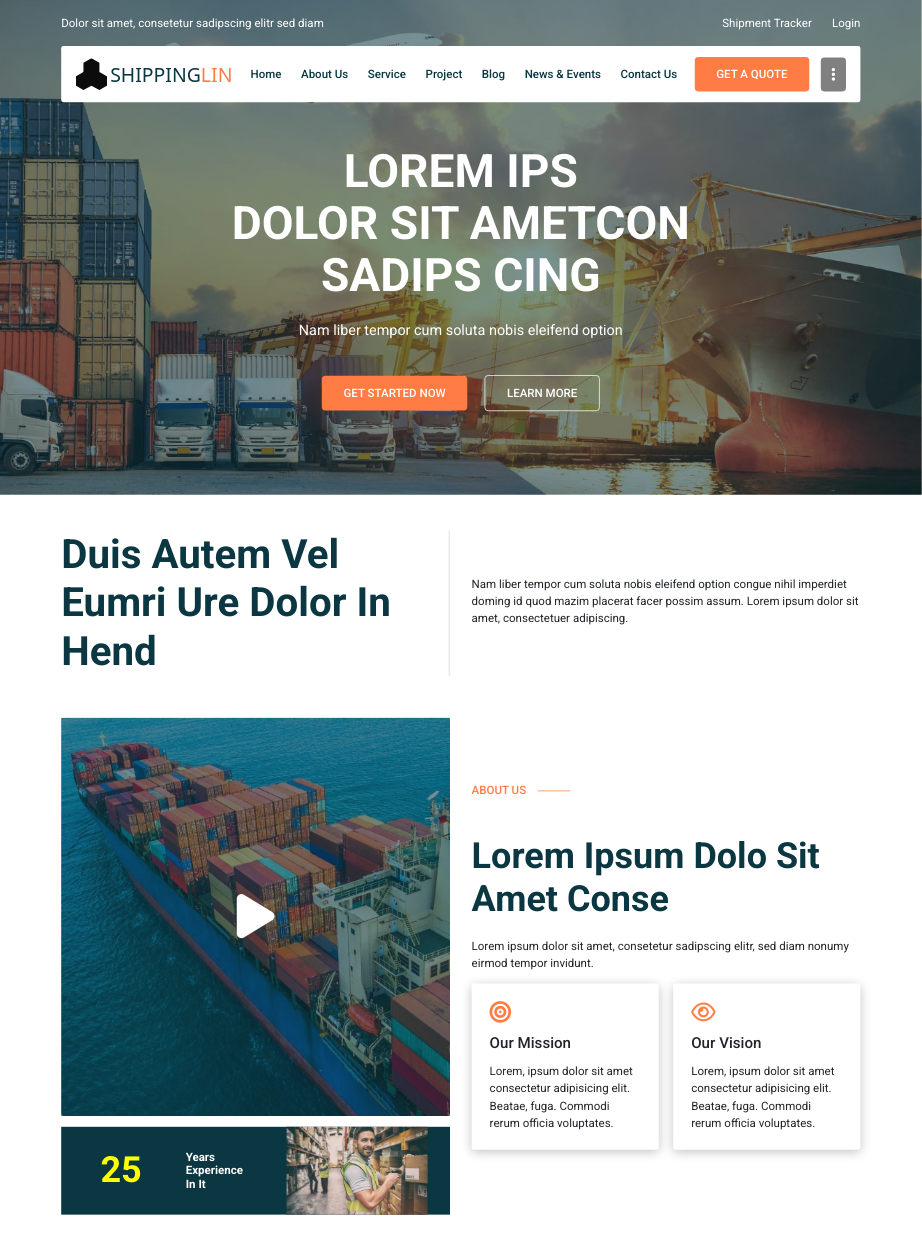
Repository: nazmulalok/shipping-template
Page: index.html
An editor plug-in stored every save of this project. The page is shown before and after the next save, followed by the edit.
The browser window is 1280 px wide. The pictures show the whole page, at 72% of full size.
Some web libraries are served in a nearby version.

Above is the page before, as saved 2022-10-08 19:14:35.

### index.html
<!DOCTYPE html>
<html lang="en">

    <head>
        <meta charset="UTF-8">
        <meta http-equiv="X-UA-Compatible" content="IE=edge">
        <meta name="viewport" content="width=device-width, initial-scale=1.0">
        <link rel="preconnect" href="https://fonts.googleapis.com">
        <link rel="preconnect" href="https://fonts.gstatic.com" crossorigin>
        <link
            href="https://fonts.googleapis.com/css2?family=Roboto:ital,wght@0,300;0,400;0,500;0,700;0,900;1,300;1,400;1,500;1,700;1,900&display=swap"
            rel="stylesheet">
        <link rel="stylesheet" href="https://cdnjs.cloudflare.com/ajax/libs/font-awesome/6.2.0/css/all.min.css"
            integrity="sha512-xh6O/CkQoPOWDdYTDqeRdPCVd1SpvCA9XXcUnZS2FmJNp1coAFzvtCN9BmamE+4aHK8yyUHUSCcJHgXloTyT2A=="
            crossorigin="anonymous" referrerpolicy="no-referrer" />
        <link rel="stylesheet" href="https://cdn.jsdelivr.net/npm/bootstrap@4.0.0/dist/css/bootstrap.min.css"
            integrity="sha384-Gn5384xqQ1aoWXA+058RXPxPg6fy4IWvTNh0E263XmFcJlSAwiGgFAW/dAiS6JXm" crossorigin="anonymous">
        <link rel="stylesheet" href="style.css">
        <title>Document</title>
    </head>

    <body>
        <header class="header-top">
            <div class="container">
                <div class="top-bar">
                    <p class="m-0">Dolor sit amet, consetetur sadipscing elitr sed diam</p>
                    <div>
                        <span class="mr-4">Shipment Tracker</span>
                        <span>Login</span>
                    </div>
                </div>
                <div class="header-area">
                    <div class="logo">
                        <img src="images/box.svg" alt="Logo Box" class="me-2">
                        <img src="images/shipping-logo.svg" alt="Shipping Logo">
                    </div>
                    <nav>
                        <ul>
                            <li><a href="#">Home</a></li>
                            <li><a href="#">About Us</a></li>
                            <li><a href="#">Service</a></li>
                            <li><a href="#">Project</a></li>
                            <li><a href="#">Blog</a></li>
                            <li><a href="#">News & Events</a></li>
                            <li><a href="#">Contact Us</a></li>
                        </ul>
                    </nav>
                    <div class="nav-btn">
                        <a class="common-btn mr-3" href="#">Get A Quote</a>
                        <i class="fa-solid fa-ellipsis-vertical"></i>
                    </div>
                </div>
            </div>
        </header>
        <!-- Slider -->
        <section>
            <div class="main-slider">
                <div class="container">
                    <div class="slide-content">
                        <div class="slide-text">
                            <div class="slider-title mb-4">Lorem ips<br>
                                dolor sit ametcon<br>
                                sadips cing</div>
                            <p>Nam liber tempor cum soluta nobis eleifend option</p>
                            <div class="sliderBtn mt-5"><a class="common-btn mr-4" href="#">Get Started Now</a><a
                                    class="common-btn outline-btn" href="#">Learn More</a></div>
                        </div>
                    </div>
                </div>
            </div>
        </section>
        <!-- Slider Ends -->
        <div class="common-sec">
            <div class="container">
                <div class="row align-items-center">
                    <div class="col-lg-6">
                        <h1 class="border-heading">Duis Autem Vel Eumri
                            Ure Dolor In Hend</h1>
                    </div>
                    <div class="col-lg-6">
                        <p class="ms-4">Nam liber tempor cum soluta nobis eleifend option congue nihil imperdiet doming
                            id quod mazim
                            placerat facer possim assum. Lorem ipsum dolor sit amet, consectetuer adipiscing.</p>
                    </div>
                </div>
                <div class="row align-items-center mt-5">
                    <div class="col-lg-6">
                        <div class="video-box img-box img-shadow">
                            <img src="images/ship-products.jpg" alt="Ship Products" />
                            <a data-fancybox="" href="" class="video-btn">
                                <i class="fa fa-play"></i>
                            </a>
                        </div>
                        <div class="exp-section">
                            <div class="exp-title ml-4">
                                25
                            </div>
                            <div class="exp-paragraph">
                                Years <br>Experience <br>In It
                            </div>
                            <img src="images/exp-bg.png" alt="Experience">
                        </div>
                    </div>
                    <div class="col-lg-6">
                        <span class="sp-title">About Us</span>
                        <h2 class="mb-4">Lorem Ipsum Dolo
                            Sit Amet Conse</h2>
                        <p>Lorem ipsum dolor sit amet, consetetur sadipscing elitr, sed diam nonumy eirmod tempor
                            invidunt.</p>
                        <div class="boxes">
                            <div class="common-box">
                                <div class="content">
                                    <i class="fa-solid fa-bullseye"></i>
                                    <div class="box-title">
                                        Our Mission
                                    </div>
                                    <p>Lorem, ipsum dolor sit amet consectetur adipisicing elit. Beatae, fuga. Commodi
                                        rerum
                                        officia voluptates.</p>
                                </div>
                            </div>
                            <div class="common-box">
                                <div class="content">
                                    <i class="fa-regular fa-eye"></i>
                                    <div class="box-title">
                                        Our Vision
                                    </div>
                                    <p>Lorem, ipsum dolor sit amet consectetur adipisicing elit. Beatae, fuga. Commodi
                                        rerum
                                        officia voluptates.</p>
                                </div>
                            </div>
                        </div>
                    </div>
                </div>
            </div>
        </div>














        <script src="https://code.jquery.com/jquery-3.2.1.slim.min.js"
            integrity="sha384-KJ3o2DKtIkvYIK3UENzmM7KCkRr/rE9/Qpg6aAZGJwFDMVNA/GpGFF93hXpG5KkN"
            crossorigin="anonymous"></script>
        <script src="https://cdn.jsdelivr.net/npm/popper.js@1.12.9/dist/umd/popper.min.js"
            integrity="sha384-ApNbgh9B+Y1QKtv3Rn7W3mgPxhU9K/ScQsAP7hUibX39j7fakFPskvXusvfa0b4Q"
            crossorigin="anonymous"></script>
        <script src="https://cdn.jsdelivr.net/npm/bootstrap@4.0.0/dist/js/bootstrap.min.js"
            integrity="sha384-JZR6Spejh4U02d8jOt6vLEHfe/JQGiRRSQQxSfFWpi1MquVdAyjUar5+76PVCmYl"
            crossorigin="anonymous"></script>
    </body>

</html>

### style.css
/* Common CSS Starts*/
*,
*::before,
*::after {
    box-sizing: border-box;
    margin: 0;
    padding: 0;
}

html {
    scroll-behavior: smooth;
}

:root {
    --main-color: #FF7D44;
    --secondary-color: #0B3742;
    --tertiary-color: #FFFFFF;
}

body {
    font-family: 'Roboto', sans-serif;
}

a.white-space {
    white-space: nowrap;
}

/* Common CSS Ends */

/* slider style starts */

.main-slider>* {
    z-index: 10;
}

.main-slider {
    background: url(images/shipping-banner.jpg);
    height: 700px;
    width: 100%;
    background-size: cover;
    background-repeat: no-repeat;
    background-position: center;
    position: relative;
    display: flex;
    align-items: center;
    transition: all 1s;
    margin-top: -155px;
    z-index: 50;
}

.main-slider:before {
    content: '';
    width: 100%;
    height: 100%;
    top: 0;
    left: 0;
    position: absolute;
    background-color: rgb(11 55 66 / 55%);
    z-index: 1;
}

.slide-content {
    text-align: center;
}

.slide-text {
    color: var(--tertiary-color);
    padding-top: 100px;
}

.slider-title {
    font-size: 4rem;
    font-weight: 600;
    line-height: 4.5rem;
    text-transform: uppercase;
}

.slide-text p {
    font-size: 20px;
}

a.common-btn {
    display: inline-block;
    text-decoration: none;
    color: var(--tertiary-color);
    background: var(--main-color);
    padding: 12px 30px;
    border-radius: 5px;
    font-size: 16px;
    font-weight: 500;
    text-transform: uppercase;
    transition: all 1s ease;
}

a.common-btn:hover {
    background: var(--tertiary-color);
    color: var(--secondary-color);
}

a.common-btn.outline-btn {
    background: transparent !important;
    border: 1px solid var(--tertiary-color);
}

a.common-btn.outline-btn:hover {
    background: var(--tertiary-color) !important;
}

/* Header style starts */

.header-top {
    z-index: 100;
    background: transparent;
    position: relative;
}

.top-bar,
.header-area {
    display: flex;
    justify-content: space-between;
    align-items: center;
    color: var(--tertiary-color);
}

.top-bar {
    padding: 20px 0px;
}

.header-area {
    background: var(--tertiary-color);
    padding: 15px 20px;
    border-radius: 3px;
}

nav ul {
    list-style-type: none;
    color: var(--secondary-color);
    display: flex;
    gap: 1.7rem;
    margin: 0;
}

nav ul a {
    color: var(--secondary-color);
    text-decoration: none;
    font-size: 16px;
    font-weight: 500;
    transition: all 0.5s;
}

nav ul a:hover {
    color: var(--main-color);
    transition: all 0.5s;
}

.nav-btn {
    align-items: center;
    display: flex;
}

.nav-btn i {
    color: var(--tertiary-color);
    font-size: 21px;
    background: gray;
    padding: 13px 15px;
    border-radius: 5px;
}

/* Headings Styles */

h1 {
    font-size: 56px;
}

h2 {
    font-size: 50px;
}

h3 {
    font-size: 44px;
}

h4 {
    font-size: 38px;
}

h5 {
    font-size: 32px;
}

h6 {
    font-size: 26px;
}

h1,
h2,
h3,
h4,
h5,
h6 {
    font-weight: 700;
    margin-bottom: 10px;
    color: var(--secondary-color);
}

/* Section Styles */

.py-50,
.common-sec {
    padding-top: 50px;
    padding-bottom: 50px;
}

.common-sec {
    position: relative;
    z-index: 0;
}

.common-sec:nth-child(even):before {
    content: "";
    position: absolute;
    width: 1000%;
    height: 100%;
    top: 50%;
    left: 50%;
    transform: translate(-50%, -50%);
    background-color: #f9f9f9;
    border-bottom: 1px solid #f6f6f6;
    z-index: -1;
}

/* Image box style */

.img-box {
    border-radius: 3px;
    transition: 0.5s;
    margin-bottom: 15px;
    text-align: center;
    position: relative;
}

.img-box img {
    border-radius: 3px;
}

.img-box:last-child {
    margin-bottom: 0;
}

figure.img-box img+figcaption {
    margin-top: 10px;
    text-align: left;
    padding: 10px;
    border-radius: 3px;
    box-shadow: -5px 5px 20px 0 rgb(0 0 0 / 5%);
}

.img-box.img-shadow:before {
    content: '';
    width: 100%;
    height: 100%;
    position: absolute;
    top: 0;
    left: 0;
    background-color: rgb(11 55 66 / 55%);
}

/* Video Box */

.video-box {
    position: relative;
}

.video-box img {
    border-radius: 3px;
    width: 100%;
}

.video-btn {
    position: absolute;
    text-align: center;
    color: var(--tertiary-color);
    font-size: 30px;
    border: none;
    left: 50%;
    top: 50%;
    -webkit-transform: translate(-50%, -50%);
    transform: translate(-50%, -50%);
    display: flex;
    justify-content: center;
    align-items: center;
    text-decoration: none !important;
    box-shadow: none;
    transition: 0.5s;
}

.video-btn .fa-play {
    color: var(--tertiary-color);
    position: relative;
    z-index: 99;
    -webkit-transition: color 0.5s;
    transition: 0.5s;
    text-decoration: none;
    line-height: 80px;
    font-size: 70px;
}

.video-btn:hover {
    color: inherit;
}

.video-btn:hover .fa-play {
    color: var(--main-color);
}

.video-btn:before,
.video-btn:after {
    display: none;
}

/* Common Box Styles */

.common-box {
    box-shadow: rgb(0 0 0 / 24%) 0px 3px 15px;
    height: 100%;
    background-color: #fff;
    border-radius: 3px;
    transition: all 0.5s ease;
}

.common-box>.img-box {
    margin-bottom: 0;
}

.common-box .common-heading:last-child,
.common-box p:last-child,
.common-box ul:last-child,
.common-box ul:last-child li:last-child,
.common-box .img-box:last-child {
    margin-bottom: 0;
}

.common-box>.content {
    padding: 25px;
}

/* Other CSS Starts */

.border-heading {
    border-right: 2px solid #E8E8E8;
}

.sp-title {
    display: flex;
    text-transform: uppercase;
    color: var(--main-color);
    font-weight: 500;
    align-items: center;
    margin-bottom: 3rem;
}

.sp-title:after {
    content: '';
    width: 20px;
    height: 1px;
    background: var(--main-color);
    flex: 0.1;
    margin-left: 1rem;
}

.boxes {
    display: grid;
    grid-template-columns: 1fr 1fr;
    grid-gap: 20px;
}

.common-box i {
    color: var(--main-color);
    font-size: 30px;
}

.common-box .box-title {
    font-size: 21px;
    font-weight: 500;
    margin: 10px 0px;
}

.common-box:hover {
    background-color: var(--main-color);
    color: var(--tertiary-color);
    transition: all 0.5s ease;
}

.common-box:hover i {
    color: var(--tertiary-color);
    transition: all 1s ease;
}

.exp-section {
    background: var(--secondary-color);
    display: flex;
    align-items: center;
    justify-content: space-around;
}

.exp-section .exp-title {
    color: #FFFF00;
    font-size: 50px;
    font-weight: 600;
}

.exp-paragraph {
    color: var(--tertiary-color);
    font-size: 16px;
    font-weight: 600;
    line-height: normal;
}

After the next save:
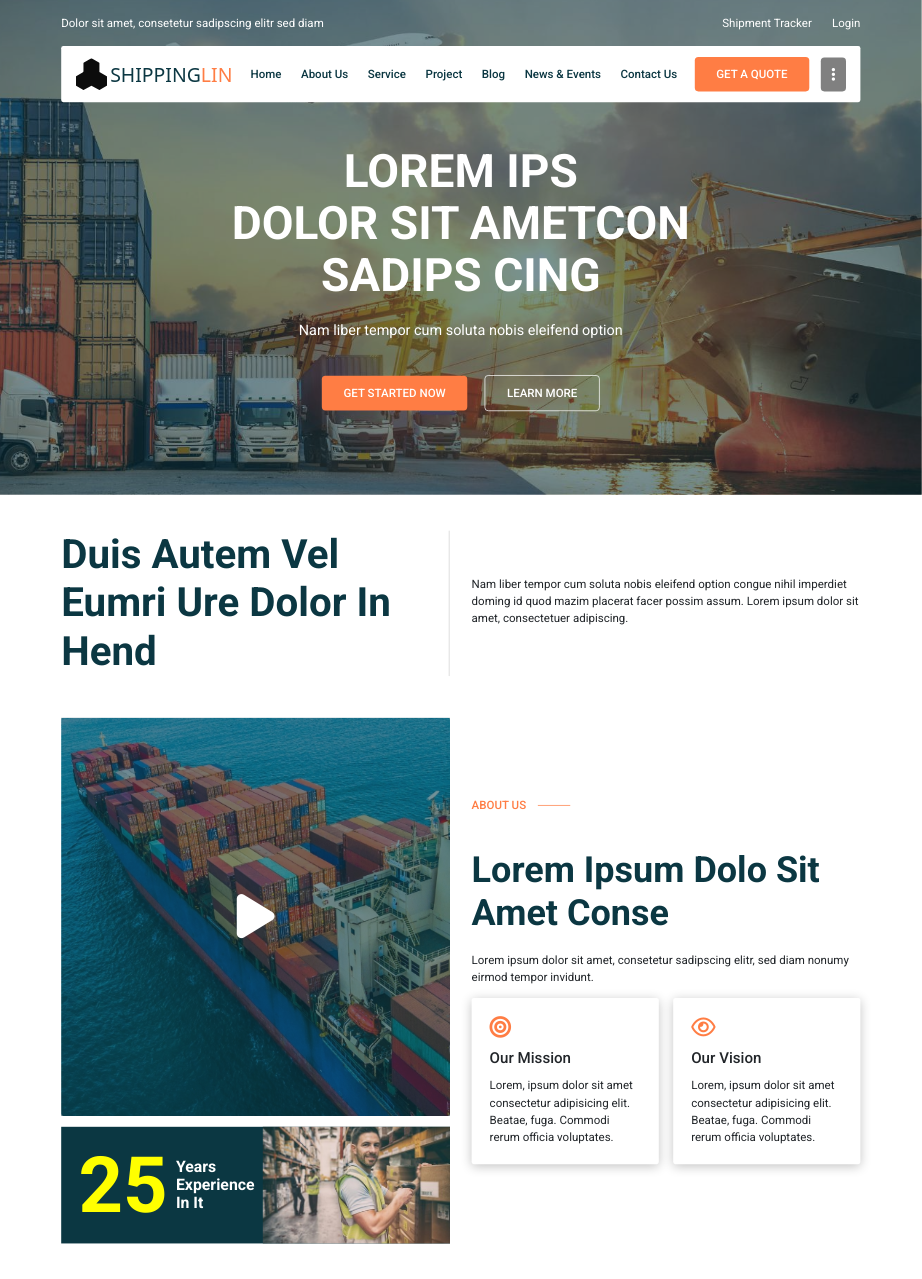
Saved 9 s later.
--- a/style.css
+++ b/style.css
@@ -400,18 +400,22 @@ figure.img-box img+figcaption {
     background: var(--secondary-color);
     display: flex;
     align-items: center;
-    justify-content: space-around;
+    justify-content: space-between;
 }
 
 .exp-section .exp-title {
     color: #FFFF00;
-    font-size: 50px;
+    font-size: 108px;
     font-weight: 600;
 }
 
-.exp-paragraph {
-    color: var(--tertiary-color);
-    font-size: 16px;
+.exp-section .exp-paragraph {
+    color: var(--tertiary-color);
+    font-size: 22px;
     font-weight: 600;
     line-height: normal;
 }
+
+.exp-section img {
+    width: 260px;
+}
